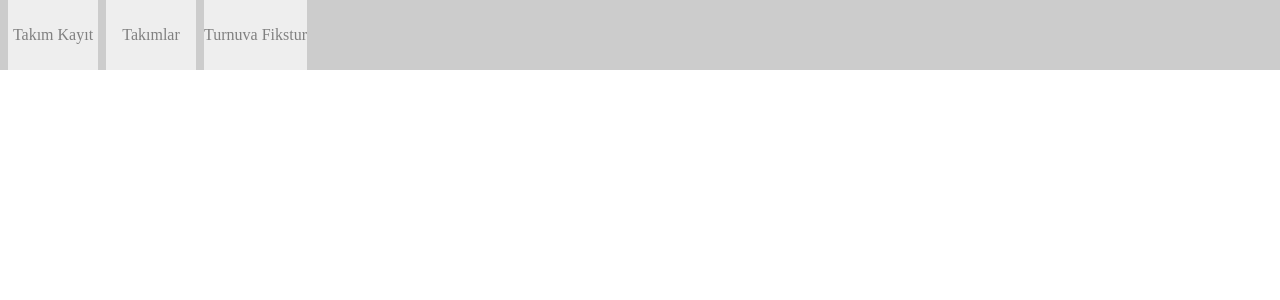
Repository: oktembaris77/internet_final
Page: http://localhost/internetfinal/
The author's editor kept a copy of each file at every save. The page is drawn from the files as they stood at one save, then again after the next save.
The browser window is 1280 px wide. The pictures show the whole page.
The page is served by Tomcat 9.

Above is the page before, as saved 2020-05-11 19:30:16.

After the next save:
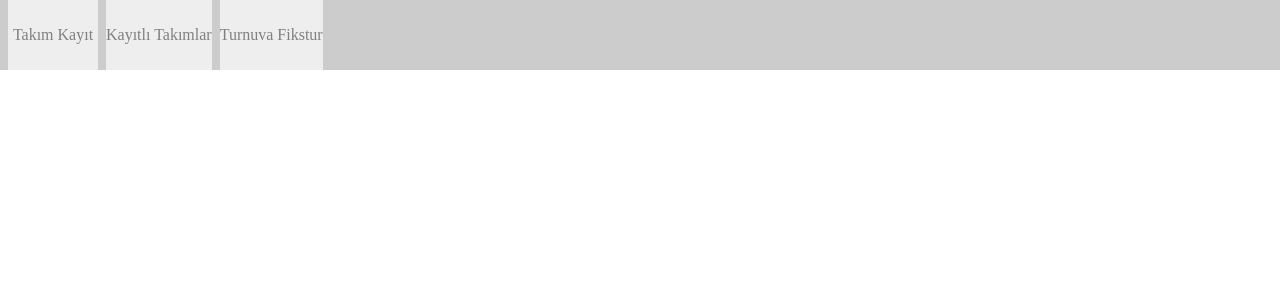
Saved 25 s later.
--- a/internetfinal/WebContent/index.jsp
+++ b/internetfinal/WebContent/index.jsp
@@ -48,7 +48,7 @@ color:gray;
 			<a href = "google.com">Takım Kayıt</a>
 		</div>
 		<div id="sayfabtn">
-			<a href = "google.com">Takımlar</a>
+			<a href = "google.com">Kayıtlı Takımlar</a>
 		</div>
 		<div id="sayfabtn">
 			<a href = "google.com">Turnuva Fikstur</a>
